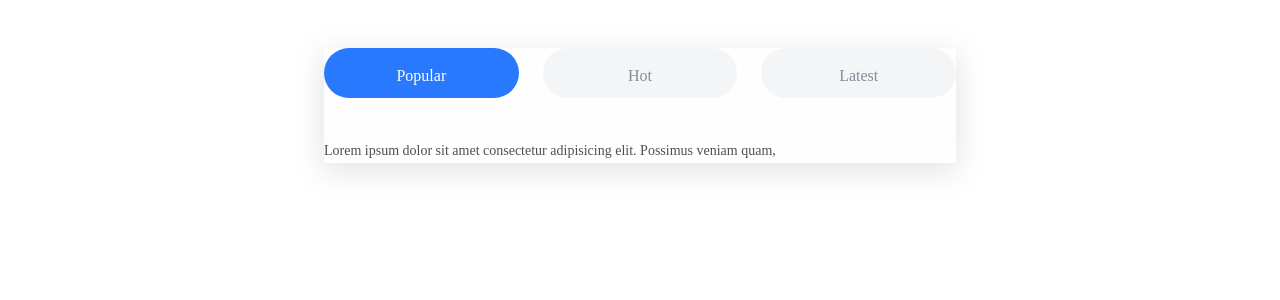
Repository: tungts3qb/Javascript
Page: tab.html
These files come from the project's save history. The page is drawn as it stood at one moment and after the next save; the edit follows.
The browser window is 1280 px wide. The pictures show the whole page.

Above is the page before, as saved 2022-12-25 01:01:25.

After the next save:
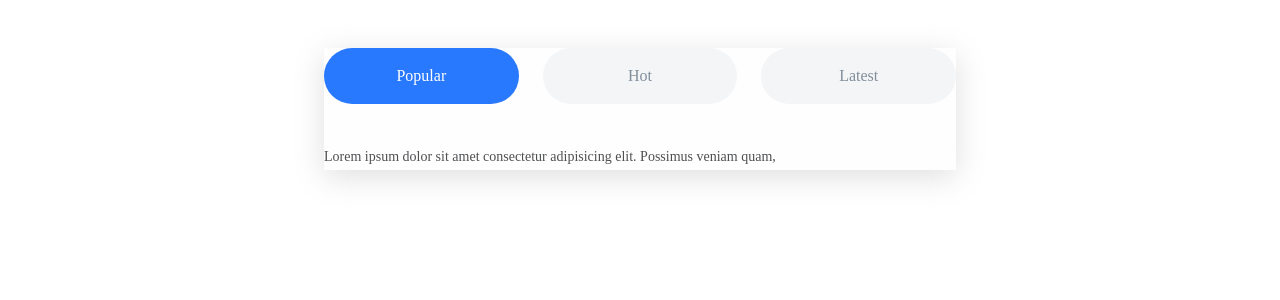
Saved 4 s later.
--- a/style.css
+++ b/style.css
@@ -76,7 +76,7 @@
   display: flex;
   justify-content: space-between;
   margin-bottom: 2.5rem;
-  height: 50px;
+  /* height: 50px; */
   text-align: center;
 }
 

After the save that followed:
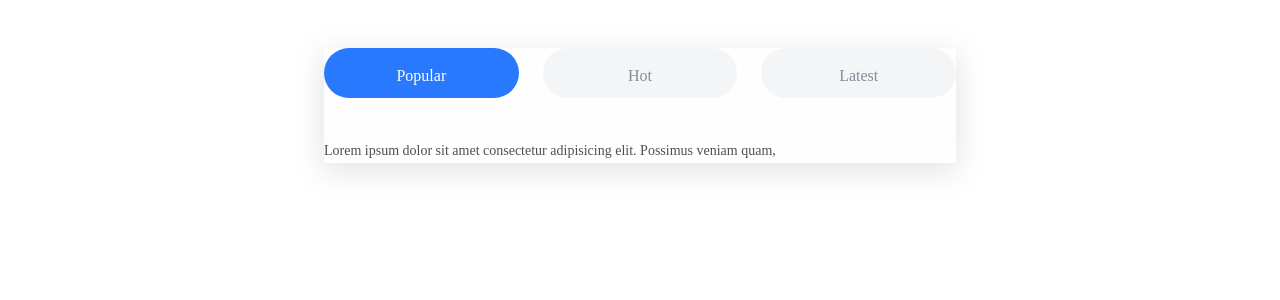
Saved 6 s later.
--- a/style.css
+++ b/style.css
@@ -76,7 +76,7 @@
   display: flex;
   justify-content: space-between;
   margin-bottom: 2.5rem;
-  /* height: 50px; */
+  height: 50px;
   text-align: center;
 }
 
